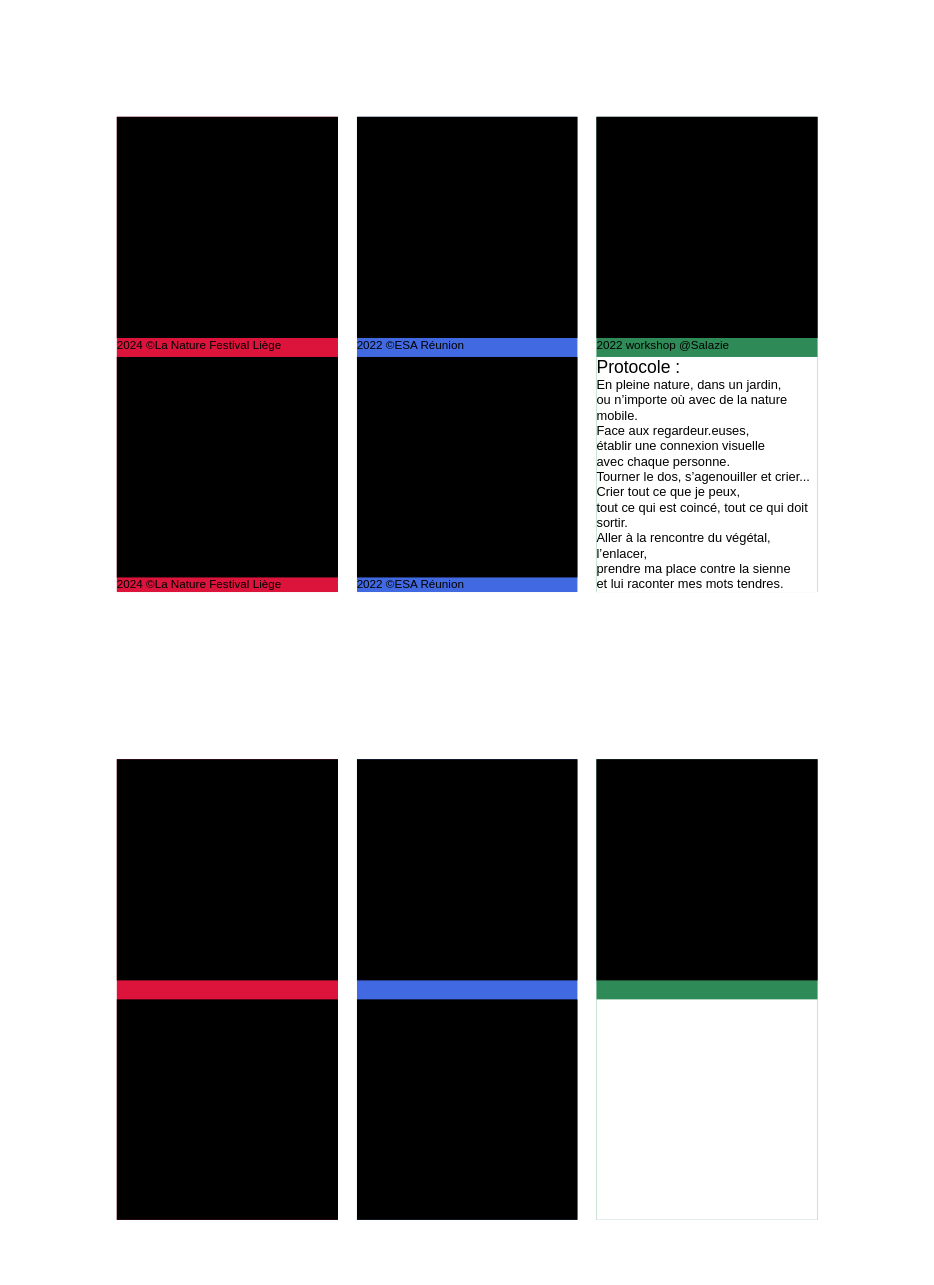
Repository: brunrhb/oce-p
Page: index.html
The author's editor kept a copy of each file at every save. The page is drawn from the files as they stood at one save, then again after the next save.
The browser window is 1280 px wide. The pictures show the whole page, at 73% of full size.

Above is the page before, as saved 2025-06-04 17:40:29.

After the next save:
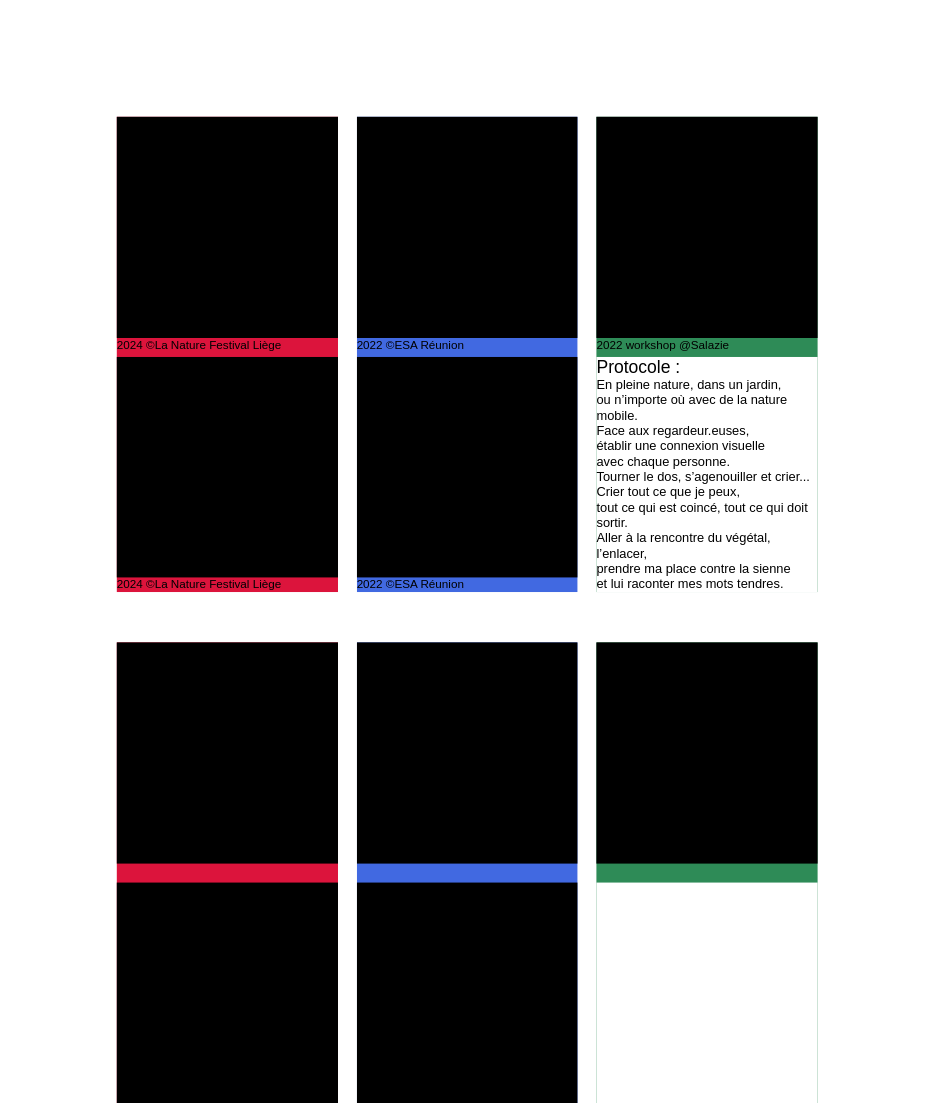
Saved 10 min 26 s later.
--- a/styles.css
+++ b/styles.css
@@ -10,7 +10,7 @@ body {
 .grid-p1s1 {
   display: grid;
   grid-template-columns: 1fr 1fr 1fr;
-  height: calc(100vh - 10rem);
+  height: calc(100vh - 20rem);
   padding: 10rem;
   column-gap: 2vw;
 }
